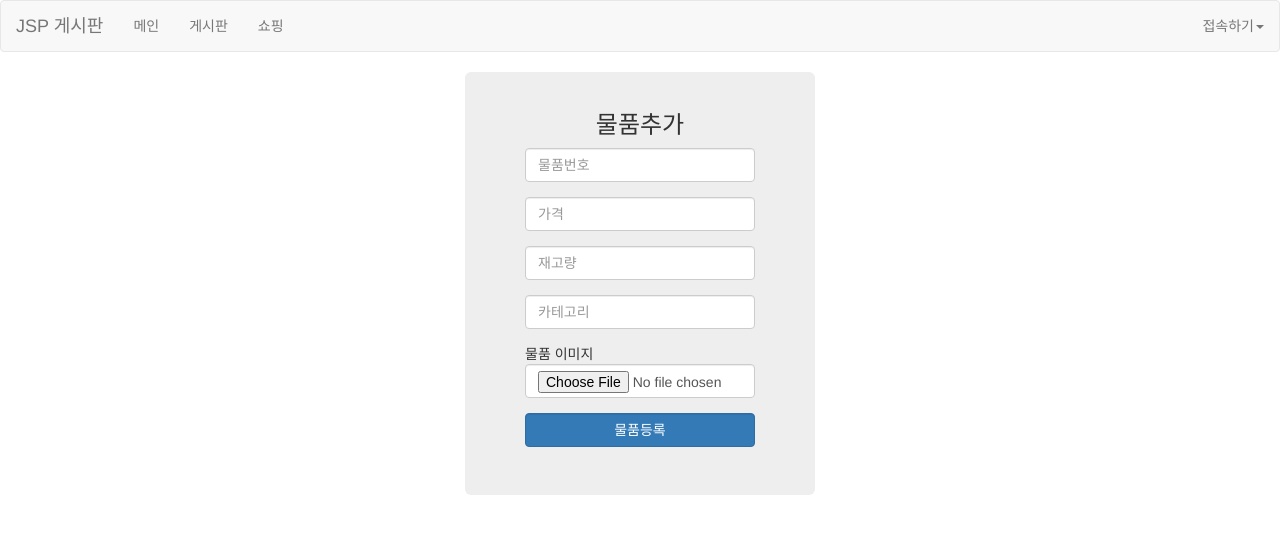
Repository: kingkingburger/webproject
Page: http://localhost/BBS/upload.jsp
An editor plug-in stored every save of this project. The page is shown before and after the next save, followed by the edit.
The browser window is 1280 px wide. The pictures show the whole page.
Some web libraries are served in a nearby version. The page is served by Tomcat 9. Other server files are loaded and not shown.

Above is the page before, as saved 2020-11-25 06:56:00.

### BBS/WebContent/upload.jsp
<%@ page language="java" contentType="text/html; charset=UTF-8"

	pageEncoding="UTF-8"%>

<!DOCTYPE html>

<html>

<head>

<meta http-equiv="Content-Type" content="text/html; charset=UTF-8">

<!-- 뷰포트 -->

<meta name="viewport" content="width=device-width" initial-scale="1">

<!-- 스타일시트 참조  -->

<link rel="stylesheet" href="css/bootstrap.min.css">

<title>jsp 게시판 웹사이트</title>

</head>

<body>
	<!-- 네비게이션  -->
	<nav class="navbar navbar-default">
		<div class="navbar-header">
			<button type="button" class="navbar-toggle collapsed"
				data-toggle="collapse" data-target="#bs-example-navbar-collapse-1"
				aria-expaned="false">
				<span class="icon-bar"></span> <span class="icon-bar"></span> <span
					class="icon-bar"></span>
			</button>
			<a class="navbar-brand" href="main.jsp">JSP 게시판</a>
		</div>
		<div class="collapse navbar-collapse"
			id="#bs-example-navbar-collapse-1">
			<ul class="nav navbar-nav">
				<li><a href="main.jsp">메인</a></li>
				<li><a href="bbs.jsp">게시판</a></li>
				<li><a href="ShopMallMain.jsp">쇼핑</a>
			</ul>
			<ul class="nav navbar-nav navbar-right">
				<li class="dropdown"><a href="#" class="dropdown-toggle"
					data-toggle="dropdown" role="button" aria-haspopup="true"
					aria-expanded="false">접속하기<span class="caret"></span></a>
					<ul class="dropdown-menu">
						<li ><a href="login.jsp">로그인</a></li>
						<li class="active"><a href="join.jsp">물품추가</a></li>



					</ul></li>

			</ul>

		</div>

	</nav>

	<!-- 로긴폼 -->

	<div class="container">
		<div class="col-lg-4"></div>
		<div class="col-lg-4">
			<!-- 점보트론 -->
			<div class="jumbotron" style="padding-top: 20px;">
				<!-- 로그인 정보를 숨기면서 전송post -->
				<form method="post" action="uploadAction.jsp" enctype="multipart/form-data" accept=".jpg,.jpeg,.png,.gif">
					<h3 style="text-align: center;">물품추가</h3>
					<div class="form-group">
						<input type="text" class="form-control" placeholder="물품번호"
							name="product_num" maxlength="20">
					</div>
					<div class="form-group">
						<input type="text" class="form-control" placeholder="가격"
							name="product_value" maxlength="20">
					</div>


					<div class="form-group">
						<input type="text" class="form-control" placeholder="재고량"
							name="product_amount" >
					</div>

					<div class="form-group">
						<input type="text" class="form-control" placeholder="카테고리"
							name="product_categoly" maxlength="50">
					</div>
					<div class="form-group">
						물품 이미지 <input type="file" class="form-control"
							name="product_image"  maxlength="50">
					</div>

					<input type="submit" class="btn btn-primary form-control"
						value="물품등록">
				</form>
			</div>
		</div>
	</div>

	<!-- 애니매이션 담당 JQUERY -->
	<script src="https://code.jquery.com/jquery-3.1.1.min.js"></script>
	<!-- 부트스트랩 JS  -->
	<script src="js/bootstrap.js"></script>



</body>

</html>

Loaded but not shown: BBS/WebContent/css/bootstrap.min.css (library); BBS/WebContent/js/bootstrap.js (library)

After the next save:
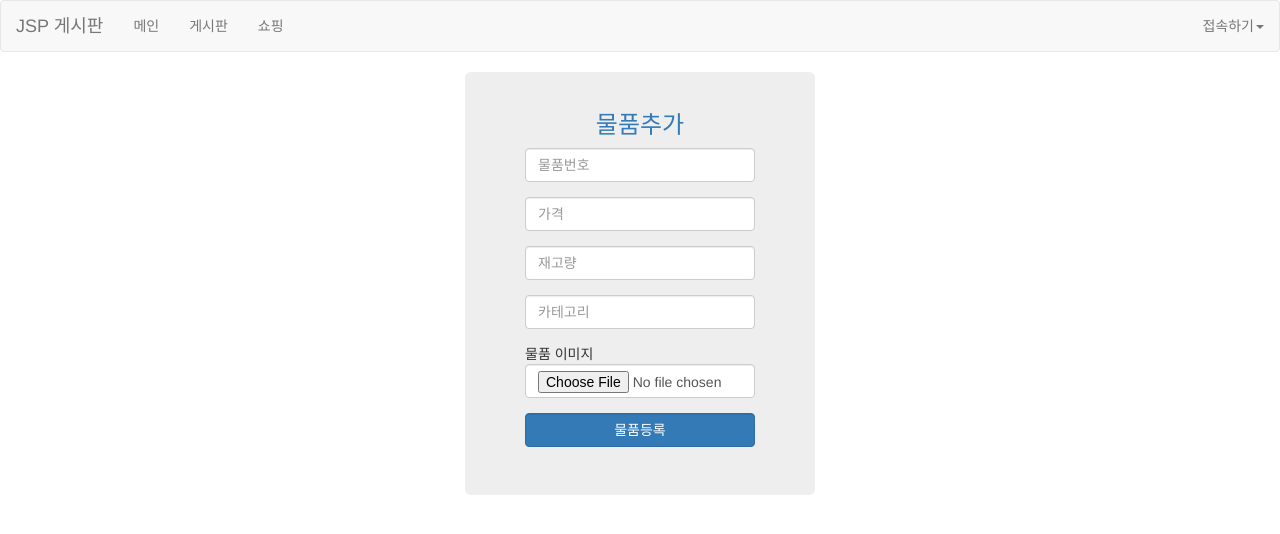
Saved 61 s later.
--- a/BBS/WebContent/upload.jsp
+++ b/BBS/WebContent/upload.jsp
@@ -68,7 +68,7 @@
 			<div class="jumbotron" style="padding-top: 20px;">
 				<!-- 로그인 정보를 숨기면서 전송post -->
 				<form method="post" action="uploadAction.jsp" enctype="multipart/form-data" accept=".jpg,.jpeg,.png,.gif">
-					<h3 style="text-align: center;">물품추가</h3>
+					<h3 style="text-align: center;"><a href="ShopMallMain.jsp">물품추가</a></h3>
 					<div class="form-group">
 						<input type="text" class="form-control" placeholder="물품번호"
 							name="product_num" maxlength="20">
